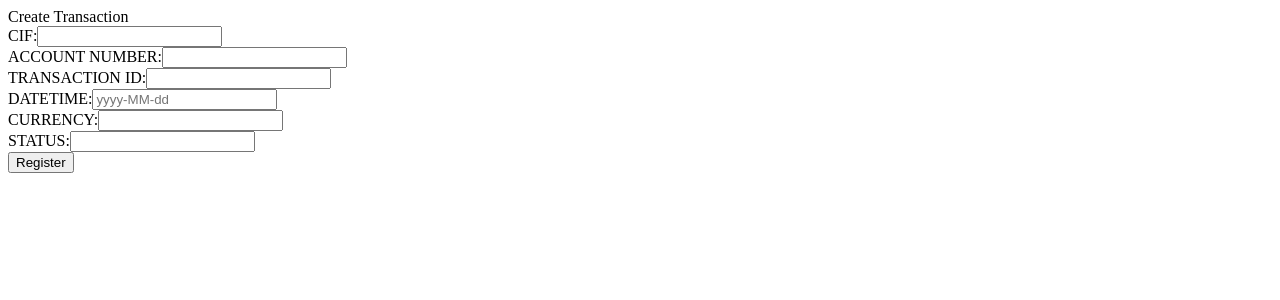
Repository: rajeshmalviya2011/MyRepo
Page: http://localhost/tcjassignment/transaction.jsp
An editor plug-in stored every save of this project. The page is shown before and after the next save, followed by the edit.
The browser window is 1280 px wide. The pictures show the whole page.
The page is served by Tomcat 9.

Above is the page before, as saved 2020-08-09 06:30:49.

After the next save:
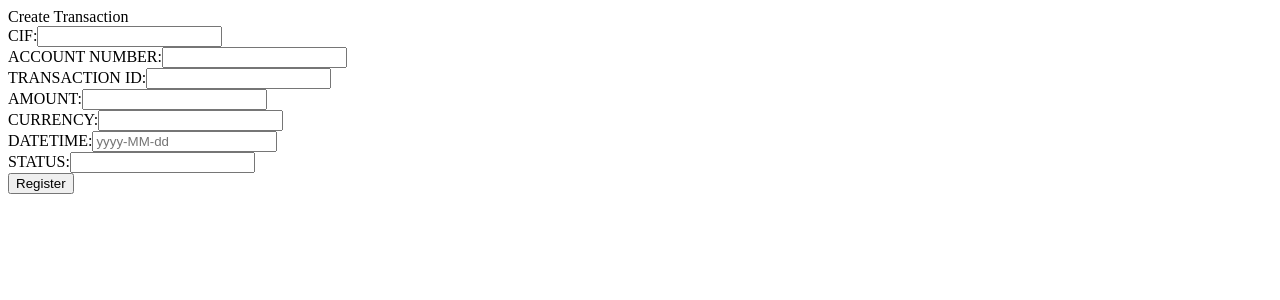
Saved 56 s later.
--- a/tcjassignment/src/main/webapp/transaction.jsp
+++ b/tcjassignment/src/main/webapp/transaction.jsp
@@ -12,9 +12,9 @@
 		CIF:<input type="text" name="cif"><br>
 		ACCOUNT NUMBER:<input type="text" name="accNo"><br>
 		TRANSACTION ID:<input type="text" name="tranID"><br>
-
-		DATETIME:<input type="text" placeholder="yyyy-MM-dd" name="dob"><br>
+		AMOUNT:<input type="text" name="amt"><br>
 		CURRENCY:<input type="text" name="currency"><br>
+		DATETIME:<input type="text" placeholder="yyyy-MM-dd" name="time"><br>
 		STATUS:<input type="text" name="status"><br>
 		<input type="submit" value="Register">
 	</form>
